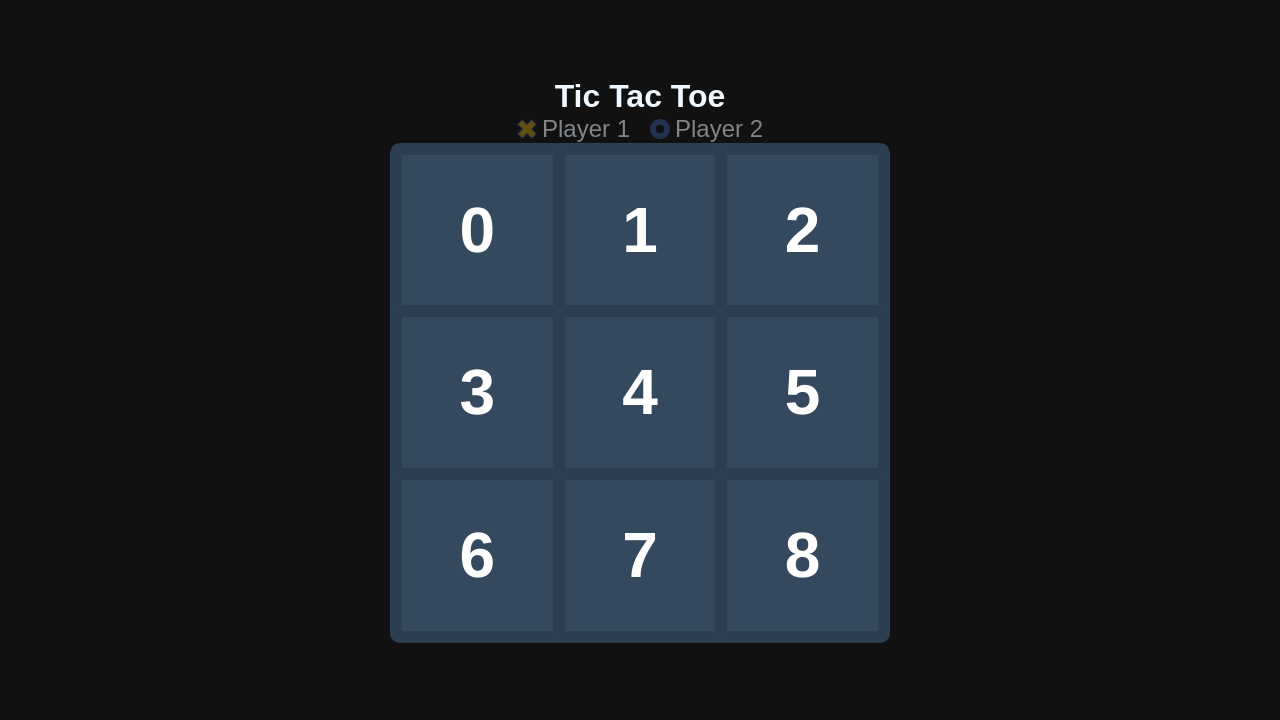
Repository: richardlieknis/tictactoe
Page: index.html
These files come from the project's save history. The page is drawn as it stood at one moment and after the next save; the edit follows.
The browser window is 1280 px wide. The pictures show the whole page.

Above is the page before, as saved 2022-12-08 14:25:21.

After the next save:
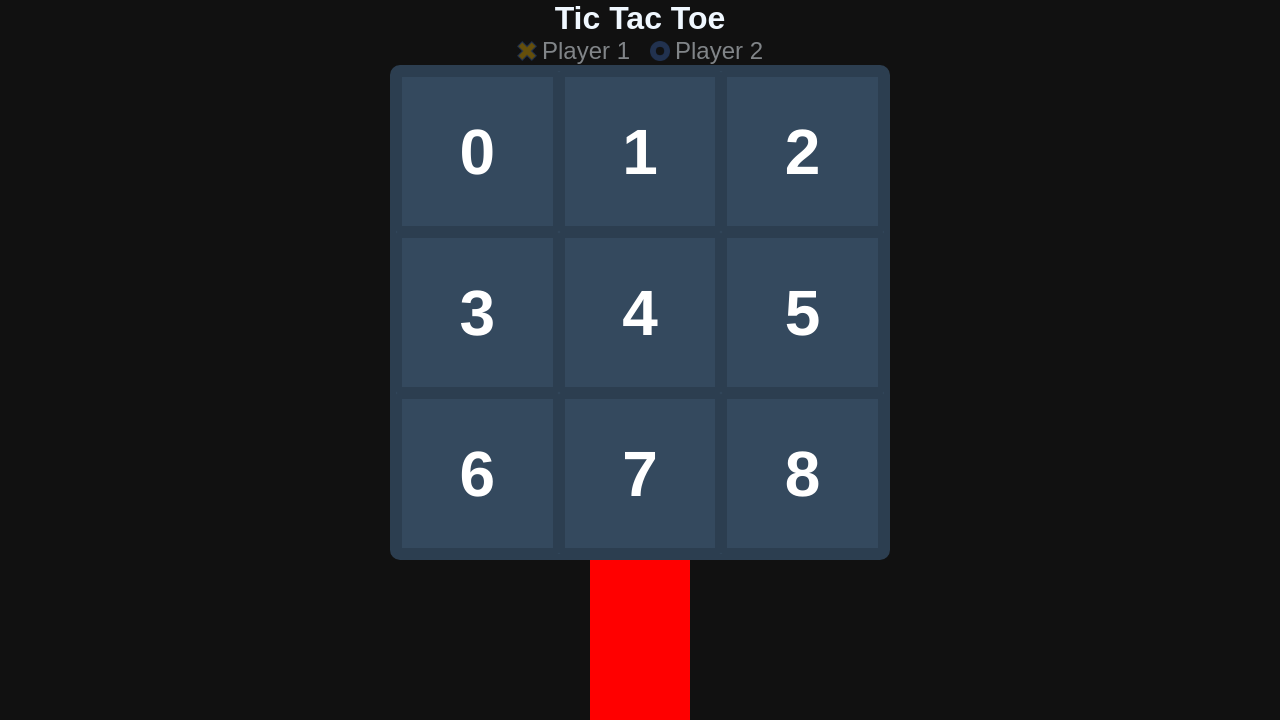
Saved 22 s later.
--- a/css/style.css
+++ b/css/style.css
@@ -68,3 +68,9 @@
 .box:hover {
     background-color: #416080;
 }
+
+.line {
+    background-color: #f00;
+    width: 100px;
+    height: 20px;
+}
